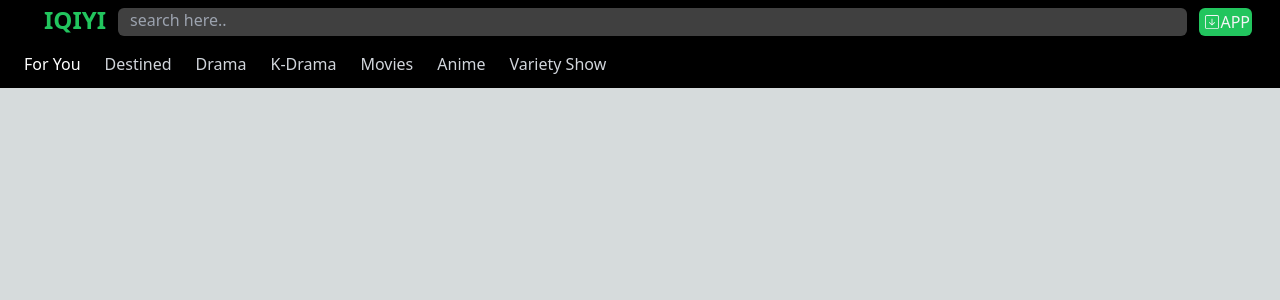
Repository: cozocozy/iqiyi-clone
Page: /
These files come from the project's save history. The page is drawn as it stood at one moment and after the next save; the edit follows.
The browser window is 1280 px wide. The pictures show the whole page.
The project was rebuilt for these pictures with package versions that can differ from the ones it lists, and the page was loaded fresh each time. The framework's server and built-in components were replaced by stand-ins that run in the browser. Also part of the build but not shown: next.config.js.

Above is the page before, as saved 2023-07-16 10:31:54.

After the next save:
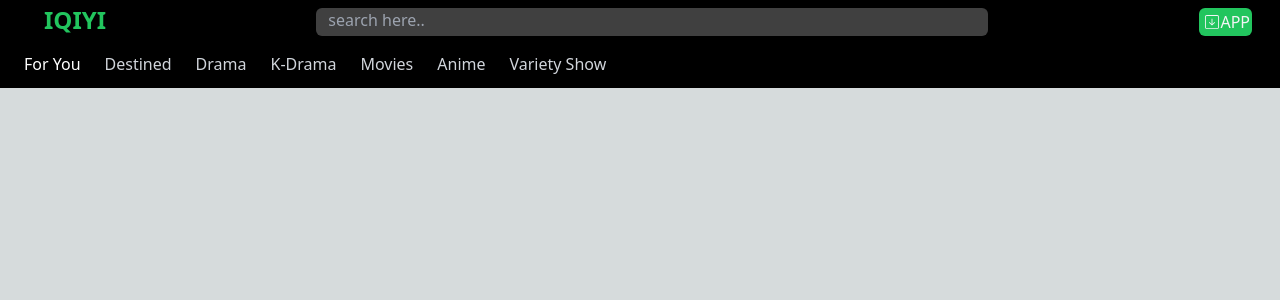
Saved 25 s later.
--- a/pages/components/Header.tsx
+++ b/pages/components/Header.tsx
@@ -16,7 +16,7 @@
           {/* <button className="absolute border-l border-gray-500 ml-60 p-1 px-4">
             <BsSearch />
           </button> */}
-          <input className="rounded rounded-md bg-neutral-700 w-full pl-3 pb-1" placeholder="search here.." autoComplete="off"></input>
+          <input className="rounded rounded-md bg-neutral-700 w-full max-w-2xl pl-3 pb-1" placeholder="search here.." autoComplete="off"></input>
         </div>
         <button className="flex flex-row mr-7 mt-1 rounded rounded-md w-16 h-7 mx-3 bg-green-500 text-gray-100 justify-evenly items-center">
           <div className="ml-1">
